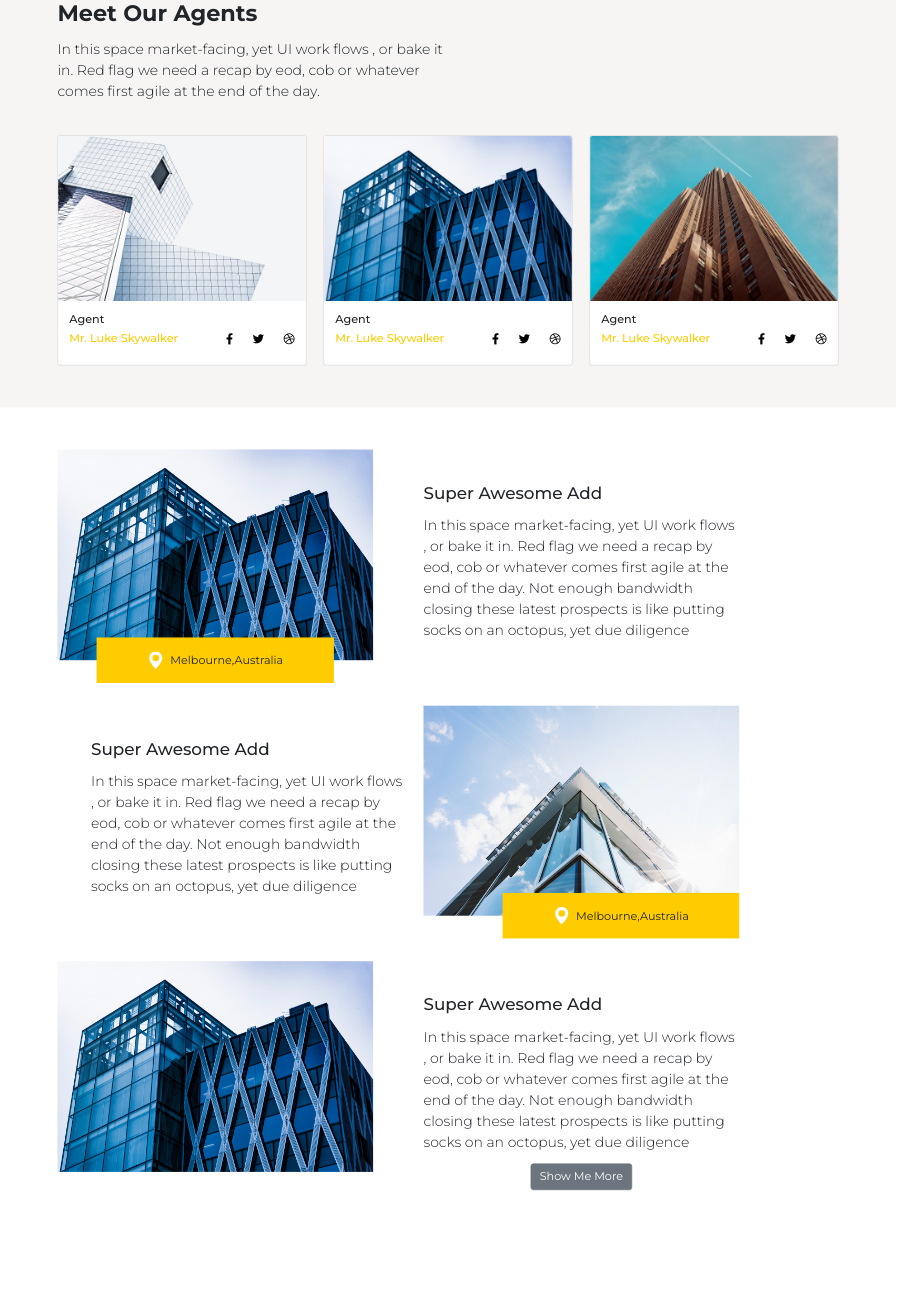
Repository: Toqa-25/luxstate
Page: index.html
The author's editor kept a copy of each file at every save. The page is drawn from the files as they stood at one save, then again after the next save.
The browser window is 1280 px wide. The page is 1292 px wide, so the pictures cover 1292 px, including what lies to the right of the window. The pictures show the part of the page from y = 4533 to 6413 px (the page is 6413 px tall), at 70% of full size.

Above is the page before, as saved 2021-06-10 13:07:50.

After the next save:
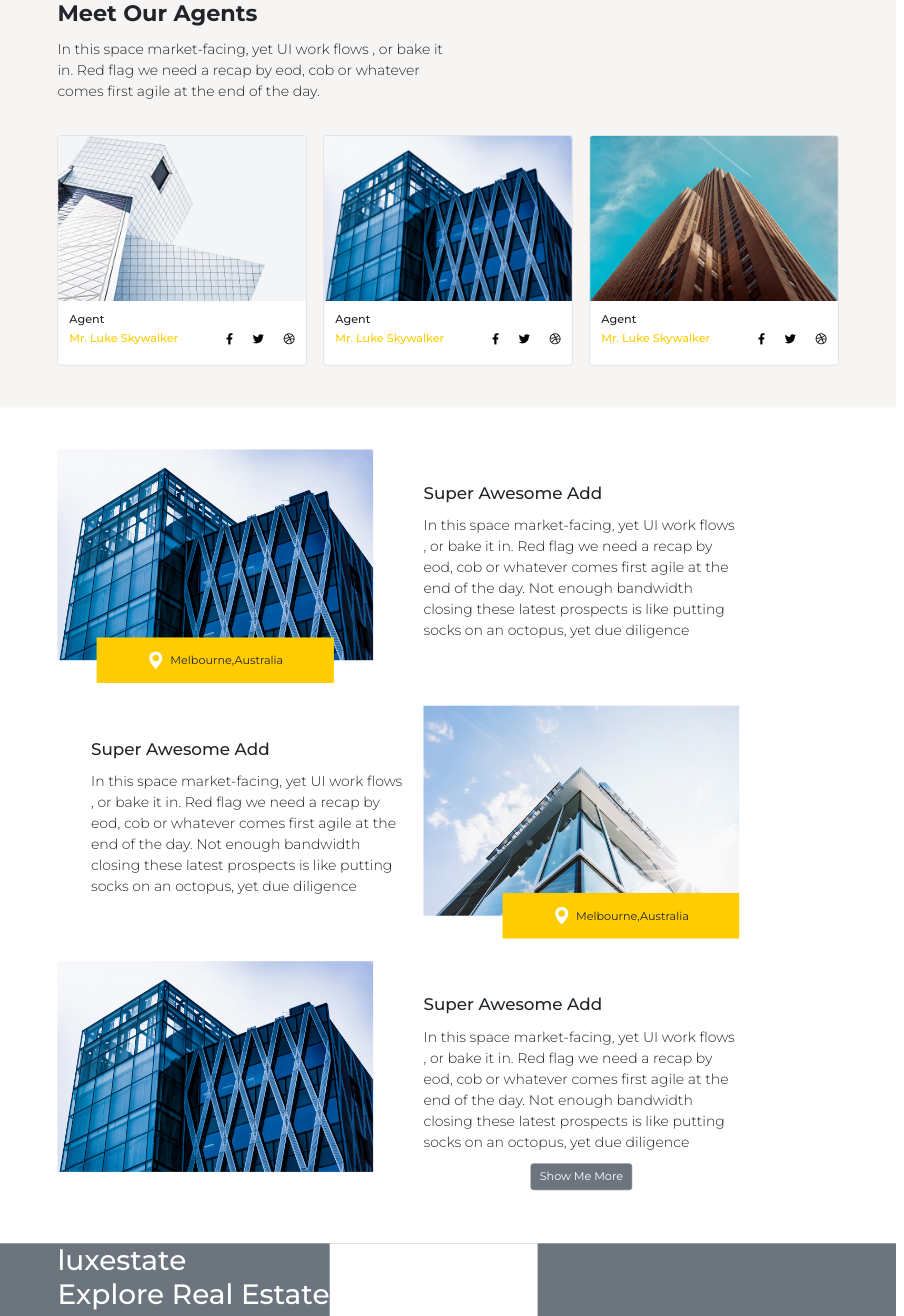
Saved 4 s later.
--- a/index.html
+++ b/index.html
@@ -422,7 +422,7 @@
           </div>
           </div>
           </div>
-          <footer class="bg-sec">
+          <footer class="bg-secondary">
             <div class="container">
               <div class="up-footer d-flex">
                 <h1 calss="">luxestate <br>
